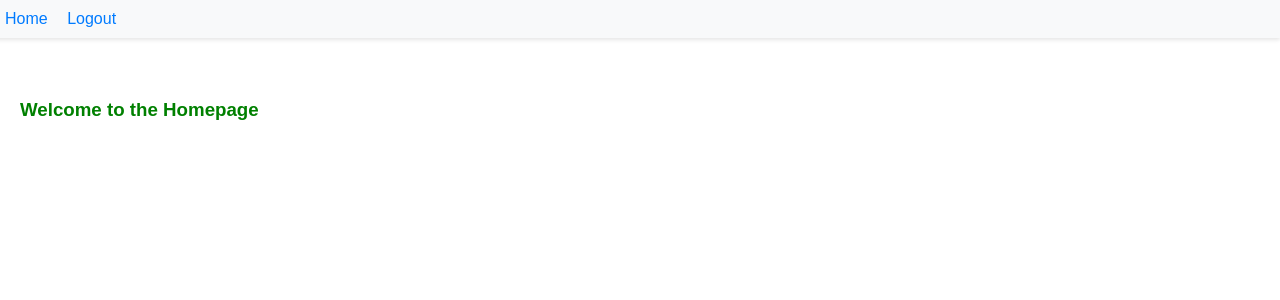
Repository: Faisal-Abdo/Savings_App_Django
Page: http://localhost/home/
The author's editor kept a copy of each file at every save. The page is drawn from the files as they stood at one save, then again after the next save.
The browser window is 1280 px wide. The pictures show the whole page.
The page is served by the project's application, run on Django 4.2 (manage.py).

Above is the page before, as saved 2024-07-25 01:06:45.

After the next save:
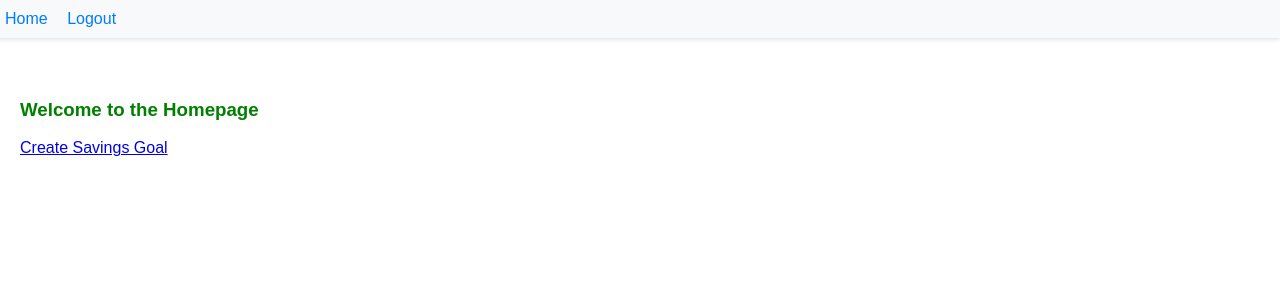
Saved 93 s later.
--- a/registration/templates/home.html
+++ b/registration/templates/home.html
@@ -44,6 +44,7 @@
     </div>
     <div class="content">
         <h3>Welcome to the Homepage</h3>
+        <a href="{% url 'manage_savings_goal' %}" class="button">Create Savings Goal</a>
         <!-- Page content goes here -->
     </div>
 </body>
